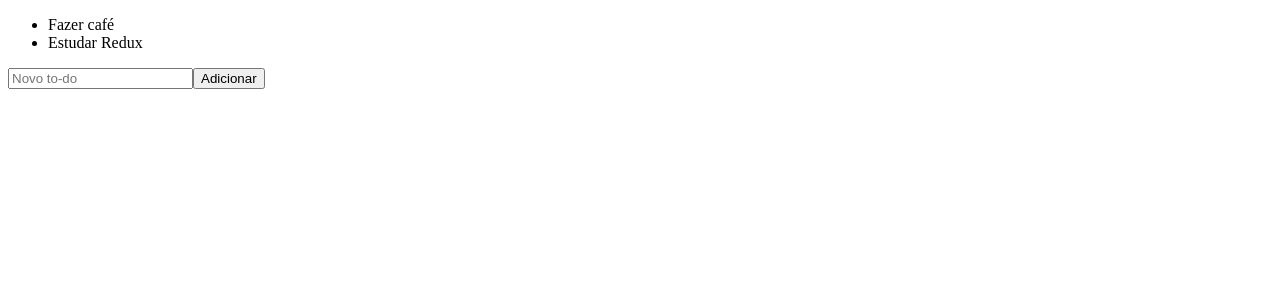
Repository: guilhermecardoso93/react-redux-zustand
Page: /
An editor plug-in stored every save of this project. The page is shown before and after the next save, followed by the edit.
The browser window is 1280 px wide. The pictures show the whole page.
The project was rebuilt for these pictures with package versions that can differ from the ones it lists, and the page was loaded fresh each time. Also part of the build but not shown: vite.config.ts.

Above is the page before, as saved 2023-06-27 19:34:20.

After the next save:
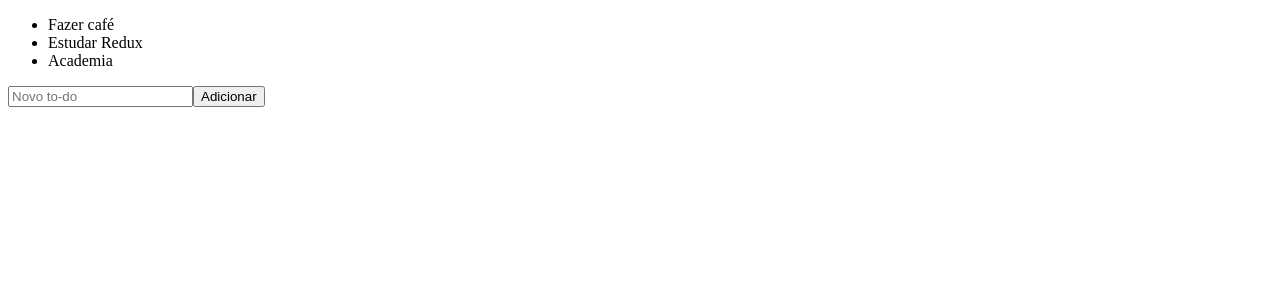
Saved 14 s later.
--- a/src/store/index.ts
+++ b/src/store/index.ts
@@ -2,7 +2,7 @@
 
 const todoSlice = createSlice({
   name: "todo",
-  initialState: ["Fazer café", "Estudar Redux"],
+  initialState: ["Fazer café", "Estudar Redux", "Academia"],
   reducers: {},
 });
 
